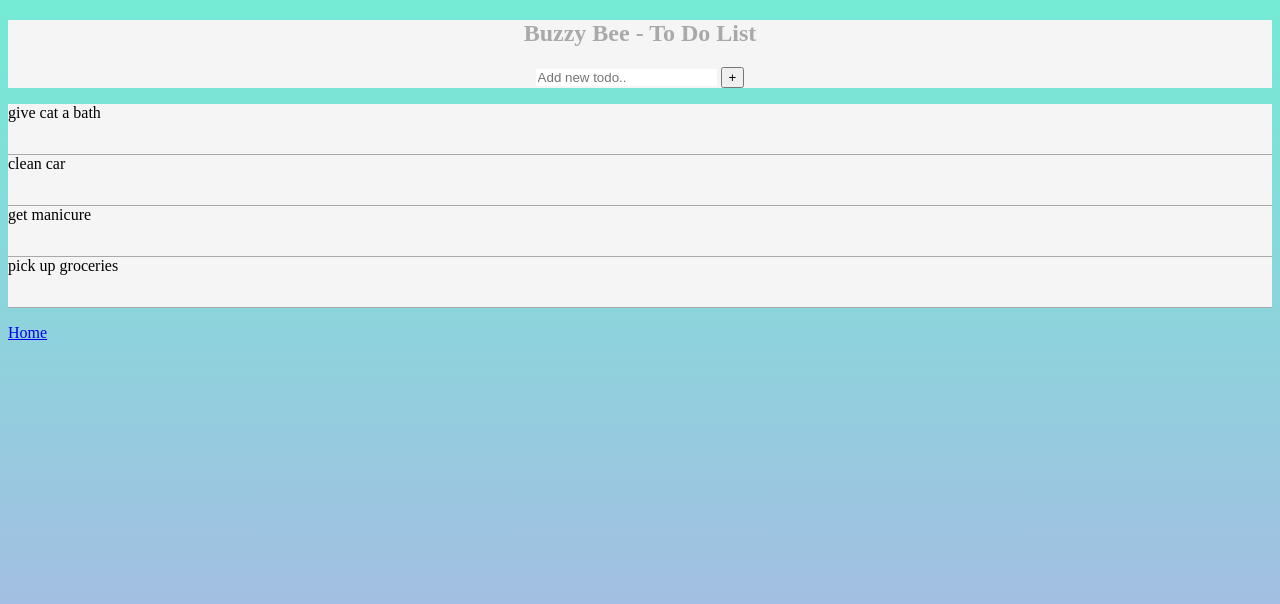
Repository: seleniadelgado/backend-spring2020-angie
Page: projects/todo/public_html/index.html
The author's editor kept a copy of each file at every save. The page is drawn from the files as they stood at one save, then again after the next save.
The browser window is 1280 px wide. The pictures show the whole page.
The page's requests for data from a server got no answer.

Above is the page before, as saved 2020-05-12 16:07:51.

### projects/todo/public_html/index.html
<!DOCTYPE html>

<html lang="en">
    <head>
        <meta charset="utf-8">
        <title>Buzzy Bee - To Do List</title>
        <meta name="description" content="The HTML5 Herald">
        <meta name="author" content="SitePoint">
        <link rel="stylesheet" href="styles.css">
        <script
            src="https://code.jquery.com/jquery-3.5.0.min.js"
            integrity="sha256-xNzN2a4ltkB44Mc/Jz3pT4iU1cmeR0FkXs4pru/JxaQ="
            crossorigin="anonymous">
        </script>
</head>
<body>
    <div class="sectionTitle">
        <div class="appTitle">
            <h2>Buzzy Bee - To Do List</h2>
        </div>
        <div id="addNote">
            <input type="text" id="newNote" placeholder="Add new todo..">
            <button class="addBtn">+</button>
        </div>
    </div>

    <ul id="myList">
        <li>give cat a bath</li>
        <li>clean car</li>
        <li>get manicure</li>
        <li>pick up groceries</li>
    </ul>





















    <a href="http://localhost:3000/">Home</a>



    <script>
        $(document).ready(() => {
            let objectToSend = {
                note: "Do somethings",
                author: "Nick"
            }

            $.post("http://localhost:3000/newNote", objectToSend, (dataToGet) => {
                console.log(dataToGet);
            });
            $.post("http://localhost:3000/readNotes", {}, (dataToGet) => {
                let allNotesArray = dataToGet.notes;

                console.log(allNotesArray);
            })
        })

        //import the data from default user
        // make JSON into JS with parse.
        //with the list we want to populate our ul.
        //use jquery to access the dom, grab the string
        //loop over notes
        //add the note as an li to the ul
        //  Create li with jquery.
        //  target the ul with jquery and append the li.
        //note: $('<li></li>'')
        //      $('ul') -> a jquery list which holds the ul.
        //      get 1st element from the array

    </script>
</body>
</html>

### projects/todo/public_html/styles.css
html {
    background: linear-gradient(#74ebd5, #ACB6E5);
    height: 100%;
}

.sectionTitle {
    background-color: whitesmoke;
    text-align: center;
}

.appTitle {
    color: darkgray;
}
#addNote #newNote {
    border: none;
}
#myList {
    list-style: none;
    padding: 0;

}
#myList li {
    height: 50px;
    border-bottom: 1px solid darkgray;
    background-color: whitesmoke;
}

After the next save:
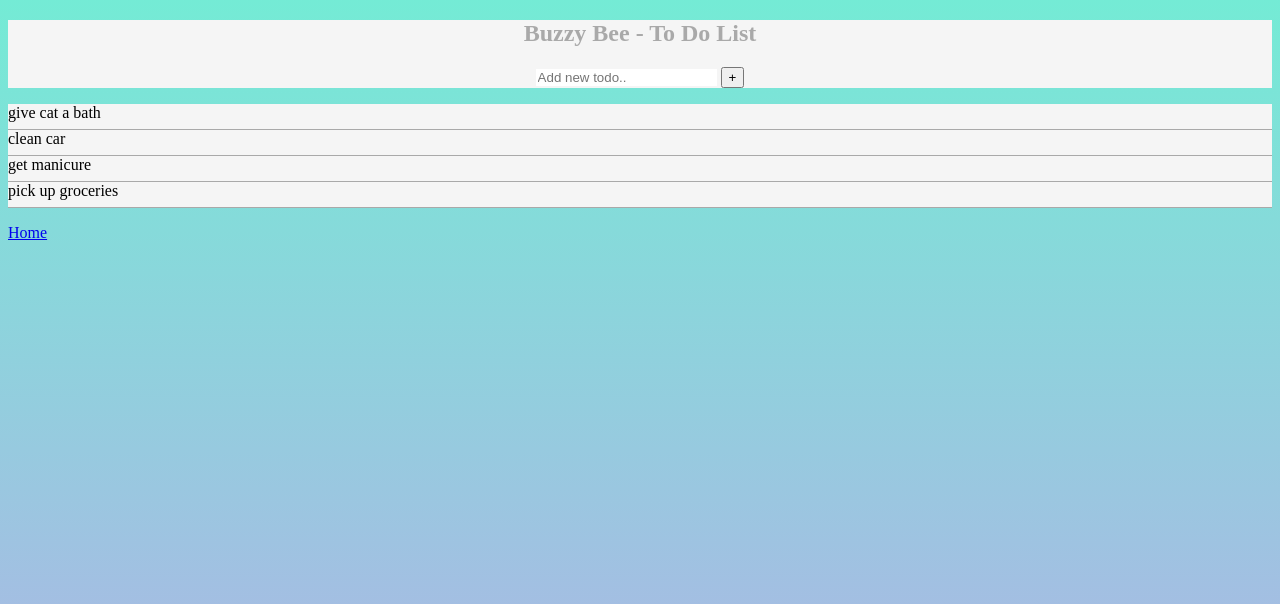
Saved 8 s later.
--- a/projects/todo/public_html/styles.css
+++ b/projects/todo/public_html/styles.css
@@ -20,7 +20,7 @@ html {
 
 }
 #myList li {
-    height: 50px;
+    height: 25px;
     border-bottom: 1px solid darkgray;
     background-color: whitesmoke;
 }
